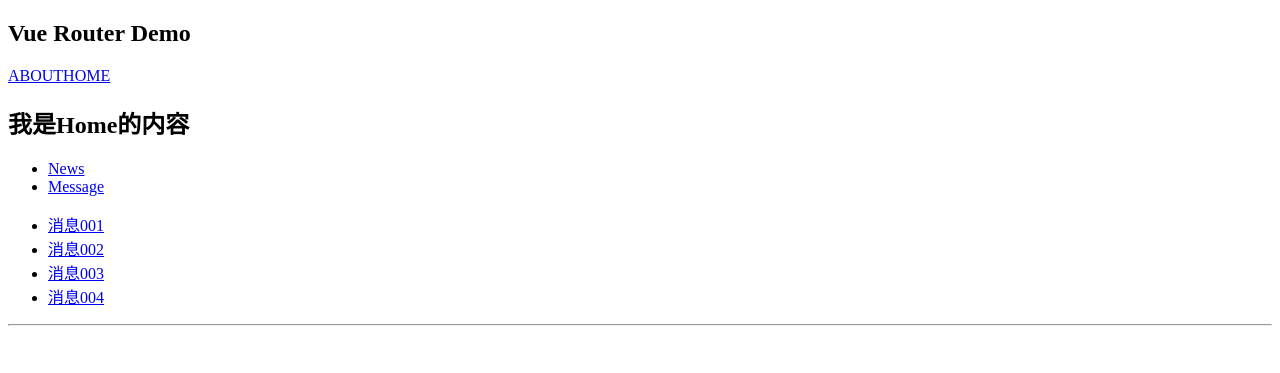
Repository: 13067902180/vue2.0study
Page: /#/home/message
An editor plug-in stored every save of this project. The page is shown before and after a run of saves, followed by the edit.
The browser window is 1280 px wide. The pictures show the whole page.
The project was rebuilt for these pictures with package versions that can differ from the ones it lists, and the page was loaded fresh each time. Also part of the build but not shown: vue.config.js, src/pages/About.vue, src/pages/News.vue, src/pages/Detail.vue.

Above is the page before, as saved 2023-03-07 10:14:26.

### public/index.html
<!DOCTYPE html>
<html lang="">
  <head>
    <meta charset="utf-8" />
    <!-- 针对ie浏览器的特殊配置，让ie最高级别渲染页面 -->
    <meta http-equiv="X-UA-Compatible" content="IE=edge" />
    <!-- 开启移动端的理想视口 -->
    <meta name="viewport" content="width=device-width,initial-scale=1.0" />
    <!-- 配置页签图标 <%= BASE_URL %> ==== ./ 怕打包出问题 指的是public所在的路径-->
    <link rel="icon" href="<%= BASE_URL %>favicon.ico" />
    <!-- 映入第三方样式 -->
    <!-- <link rel="stylesheet" href="<%= BASE_URL %>css/1.css" /> -->
    <!-- 配置网页图标  %= htmlWebpackPlugin.options.title % 是webpack里的插件1-->
    <title><%= htmlWebpackPlugin.options.title %></title>
  </head>
  <body>
    <!-- 如果浏览器不支持js 显示 支持就不渲染 -->
    <noscript>
      <strong
        >We're sorry but <%= htmlWebpackPlugin.options.title %> doesn't work
        properly without JavaScript enabled. Please enable it to
        continue.</strong
      >
    </noscript>

    <div id="app"></div>
    <!-- built files will be auto injected -->
  </body>
</html>
<!-- 整个页面的界面 -->

### src/main.js
//引入vue 精简版  正式版是vue.js dist/vue.js
import Vue from 'vue'
import VueRouter from 'vue-router'

//app所有组件的父组件
import App from './App.vue'
import router from './router'

Vue.use(VueRouter)

Vue.config.productionTip = false
// 创建vue实例对象  ---vm
new Vue({
  // 将app组件放入容器中
  render: h => h(App),

  router: router,
}).$mount('#app')

### src/App.vue
<template>
  <div>
    <div class="row">
      <Banner></Banner>
    </div>
    <div class="row">
      <div class="col-xs-offset-2 col-xs-2">
        <div class="list-group">
          <!-- 原始html中我们使用a标签实现页面跳转 -->
          <!-- <a href="./about.html" class="list-group-item active" >ABOUT</a> -->
          <!-- <a href="./home/html" class="list-group-item">HOME</a> -->
          <!-- 开启repalce模式 替换栈顶  默认是push 一直堆栈-->
          <router-link
            :replace="true"
            class="list-group-item"
            active-class="active"
            :to="{ name: 'guanyu' }"
            >ABOUT</router-link
          >
          <router-link
            replace
            class="list-group-item"
            active-class="active"
            to="/home"
            >HOME</router-link
          >
        </div>
      </div>
      <div class="col-xs-6">
        <div class="panel">
          <div class="panel-body">
            <!-- 指定组件的呈现位置 -->
            <router-view></router-view>
          </div>
        </div>
      </div>
    </div>
  </div>
</template>

<script>
// 引入组件  组件全放到components
import Banner from "./components/Banner.vue";
export default {
  name: "App",
  components: {
    Banner,
  },
};
</script>

<style>
</style>

### src/router/index.js
// 该文件专门用于创建整个应用的路由器


import VueRouter from "vue-router";
import About from '../pages/About.vue'
import Home from '../pages/Home.vue'
import News from '../pages/News.vue'
import Message from "../pages/Message.vue";
import Detail from "../pages/Detail.vue";

// 创建并暴露一个路由器
export default new VueRouter({
    routes: [{
        // 一级路由
        name: "guanyu",
        path: '/about',
        component: About,
    },
    {
        path: '/home',
        component: Home,
        children: [
            {
                path: 'news',
                component: News,
            },
            {
                path: 'message',
                component: Message,
                children: [
                    {
                        name: "xiangqing",
                        // 占位符占位数据 在params里
                        // path: 'detail/:id/:title',
                        path: 'detail',
                        component: Detail,
                        // props的第一种写法，值为对象，该对象中的所有key-value 已props传给detail组件
                        // props: { a: 1, b: 'hello' }
                        // props的第二种写法，值为布尔值，若布尔值为真就会把该组件收到的说有params参数以props的形式传给detail组件
                        // props: true,
                        // 第三种写法，值为函数
                        // props($router) {
                        // 解构赋值
                        props({ query }) {
                            //   props({query:{id,title}}){
                            // return { id: $router.query.id, title: $router.query.title }
                            return { id: query.id, title: query.title }
                            //  return { id: id, title:title }
                        }
                    }

                ]
            }
        ]
    },
    ]
})

### src/components/Banner.vue
<template>
  <div class="col-xs-offset-2 col-xs-8">
    <div class="page-header"><h2>Vue Router Demo</h2></div>
  </div>
</template>

<script>
export default {
  // eslint-disable-next-line vue/multi-word-component-names
  name: "Banner",
};
</script>

<style>
</style>

### src/pages/Home.vue
<template>
  <div>
    <h2>我是Home的内容</h2>
    <div>
      <ul class="nav nav-tabs">
        <li>
          <router-link
            href="./home-news.html"
            class="list-group-item"
            active-class="active"
            to="/home/news"
            >News</router-link
          >
        </li>
        <li>
          <router-link
            href="./home-news.html"
            class="list-group-item"
            active-class="active"
            to="/home/message"
            >Message</router-link
          >
        </li>
      </ul>
      <router-view></router-view>
    </div>
  </div>
</template>

<script>
export default {
  // eslint-disable-next-line vue/multi-word-component-names
  name: "Home",
  // beforeDestroy() {
  //   console.log("Home组件即将被销毁");
  // },
  // mounted() {
  //   console.log("Home组件挂载完毕");
  // },
};
</script>

<style>
</style>

### src/pages/Message.vue
<template>
  <div>
    <ul>
      <li v-for="m in messageList" :key="m.id">
        <!-- 跳转路由携带params参数 to的字符串写法-->
        <!-- <router-link :to="`/home/message/detail/${m.id}/${m.title}`">{{
          m.title
        }}</router-link> -->
        <!-- 跳转路由携带params参数 to的对象写法-->
        <router-link
          :to="{
            name: 'xiangqing',
            query: {
              id: m.id,
              title: m.title,
            },
          }"
        >
          {{ m.title }}
        </router-link>
      </li>
    </ul>
    <hr />
    <router-view></router-view>
  </div>
</template>

<script>
export default {
  // eslint-disable-next-line vue/multi-word-component-names
  name: "Message",
  data() {
    return {
      messageList: [
        { id: "001", title: "消息001" },
        { id: "002", title: "消息002" },
        { id: "003", title: "消息003" },
        { id: "004", title: "消息004" },
      ],
    };
  },
};
</script>

<style>
</style>

After the next 2 saves:
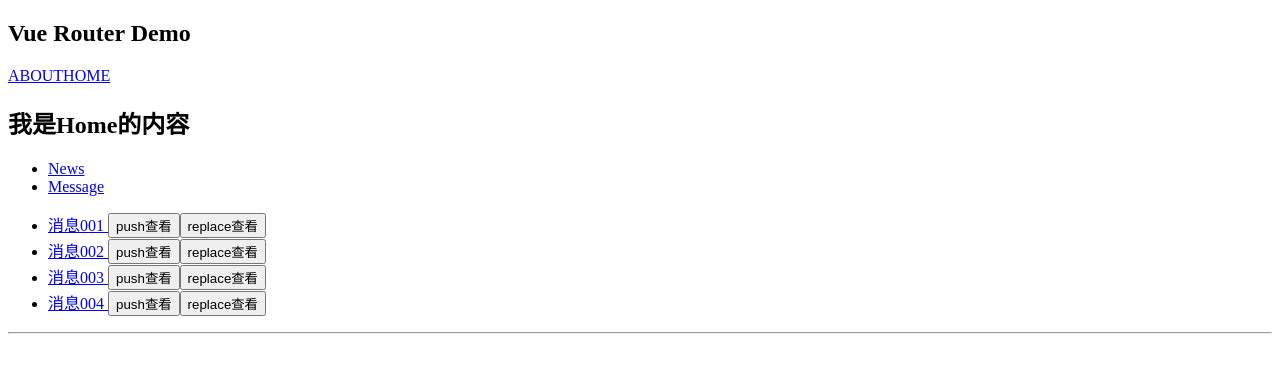
The 2 saves are shown as one change because they came seconds apart.
The last was saved 34 min 48 s later.
--- a/src/pages/Message.vue
+++ b/src/pages/Message.vue
@@ -18,6 +18,8 @@
         >
           {{ m.title }}
         </router-link>
+        <button>push查看</button>
+        <button>replace查看</button>
       </li>
     </ul>
     <hr />
